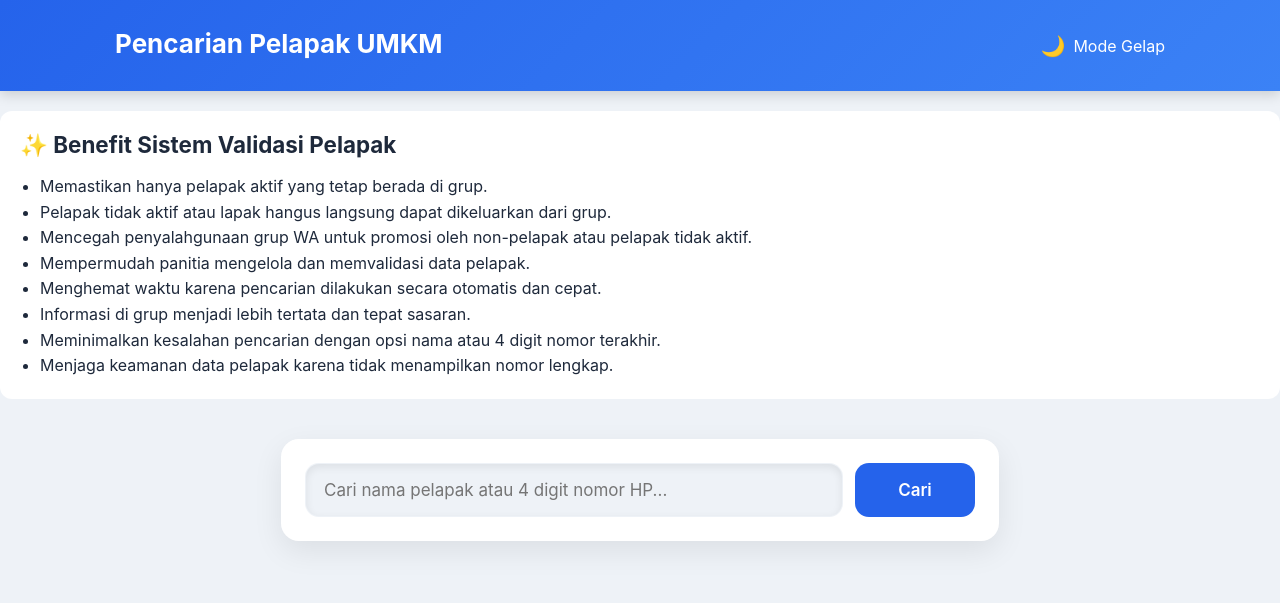
Repository: pasarrakyatbak/ceklapak
Page: index.html
An editor plug-in stored every save of this project. The page is shown before and after the next save, followed by the edit.
The browser window is 1280 px wide. The pictures show the whole page.

Above is the page before, as saved 2025-11-19 06:43:27.

### index.html
<!DOCTYPE html>
<html lang="id">

<head>
    <meta charset="UTF-8" />
    <meta name="viewport" content="width=device-width, initial-scale=1.0" />
    <title>Pencarian Pelapak UMKM</title>
    <link rel="stylesheet" href="style.css" />
</head>

<body>
    <header>
        <div class="header-inner">
            <div class="header-text">
                <h1>Pencarian Pelapak UMKM</h1>
                <p class="desc">

                </p>
            </div>

            <div class="controls">
                <label class="theme-toggle" aria-label="Toggle dark mode">
                    <input id="themeToggle" type="checkbox" />
                    <span class="toggle-icon">🌙</span>
                    <span class="toggle-text">Mode Gelap</span>
                </label>
            </div>
        </div>
    </header>
    <section class="benefit-section">
        <h2>✨ Benefit Sistem Validasi Pelapak</h2>
        <ul class="benefit-list">
            <li>Memastikan hanya pelapak aktif yang tetap berada di grup.</li>
            <li>Pelapak tidak aktif atau lapak hangus langsung dapat dikeluarkan dari grup.</li>
            <li>Mencegah penyalahgunaan grup WA untuk promosi oleh non-pelapak atau pelapak tidak aktif.</li>
            <li>Mempermudah panitia mengelola dan memvalidasi data pelapak.</li>
            <li>Menghemat waktu karena pencarian dilakukan secara otomatis dan cepat.</li>
            <li>Informasi di grup menjadi lebih tertata dan tepat sasaran.</li>
            <li>Meminimalkan kesalahan pencarian dengan opsi nama atau 4 digit nomor terakhir.</li>
            <li>Menjaga keamanan data pelapak karena tidak menampilkan nomor lengkap.</li>
        </ul>
    </section>

    <main>
        <section class="search-card">
            <div class="search-box">
                <input type="text" id="queryInput" placeholder="Cari nama pelapak atau 4 digit nomor HP..."
                    autocomplete="off" aria-label="Kolom pencarian pelapak" />
                <button id="searchBtn" aria-label="Tombol cari pelapak">Cari</button>
            </div>
        </section>

        <!-- RESULT BOX -->
        <section>
            <div id="resultBox" class="result-box hidden" role="region" aria-live="polite"></div>
        </section>

        <!-- LOADING SPINNER -->
        <div id="loader" class="loader hidden" aria-hidden="true"></div>

        <!-- SKELETON LOADING -->
        <div id="skeletonBox" class="skeleton-box hidden" aria-hidden="true">
            <div class="skeleton-item"></div>
            <div class="skeleton-item"></div>
            <div class="skeleton-item"></div>
        </div>
    </main>

    <script src="app.js"></script>
</body>

</html>

### style.css
/* === Color variables === */
:root {
    --bg: #eef2f7;
    --card: #ffffff;
    --text: #1e293b;
    --muted: #64748b;
    --primary: #2563eb;
    --primary-light: #3b82f6;
    --shadow: rgba(0, 0, 0, 0.08);

    --font-lg: 17px;
    --font-base: 16px;
    --font-sm: 14px;
}

body.dark {
    --bg: #0d1117;
    --card: #161b22;
    --text: #e5e7eb;
    --muted: #9ca3af;
    --primary: #3b82f6;
    --primary-light: #60a5fa;
    --shadow: rgba(0, 0, 0, 0.45);
}

/* === Base === */
* {
    margin: 0;
    padding: 0;
    box-sizing: border-box;
    font-family: "Inter", system-ui, sans-serif;
}

body {
    background: var(--bg);
    color: var(--text);
    transition: 0.3s ease;
    padding-bottom: 40px;
}

/* === Header === */
header {
    background: linear-gradient(135deg, var(--primary), var(--primary-light));
    padding: 28px 20px;
    color: white;
    box-shadow: 0 4px 12px rgba(0, 0, 0, 0.15);
}

.header-inner {
    max-width: 1050px;
    margin: auto;
    display: flex;
    justify-content: space-between;
    align-items: center;
}

header h1 {
    font-size: 26px;
    font-weight: 700;
}

.desc {
    font-size: 15px;
    opacity: 0.95;
    margin-top: 4px;
}

/* === Dark mode toggle === */
.theme-toggle {
    display: flex;
    align-items: center;
    gap: 8px;
    cursor: pointer;
    user-select: none;
}

.theme-toggle input {
    display: none;
}

.toggle-icon {
    font-size: 20px;
}

.toggle-text {
    font-size: 16px;
}

/* === Search Card === */
main {
    max-width: 750px;
    margin: 40px auto;
    padding: 0 16px;
}

.search-card {
    background: var(--card);
    padding: 24px;
    border-radius: 18px;
    box-shadow: 0 10px 30px var(--shadow);
    backdrop-filter: blur(4px);
}

/* search box */
.search-box {
    display: flex;
    gap: 12px;
}

.search-box input {
    flex: 1;
    padding: 16px 18px;
    border-radius: 14px;
    border: 1px solid transparent;
    background: var(--bg);
    color: var(--text);
    font-size: 17px;
    box-shadow: inset 0 3px 8px var(--shadow);
    transition: 0.2s;
}

.search-box input:focus {
    border-color: var(--primary);
    outline: none;
}

.search-box button {
    padding: 16px 20px;
    background: var(--primary);
    color: white;
    font-size: 17px;
    font-weight: 600;
    border: none;
    border-radius: 14px;
    cursor: pointer;
    transition: 0.2s;
    min-width: 120px;
}

.search-box button:hover {
    background: var(--primary-light);
    transform: translateY(-2px);
}

/* === Result Box === */
.result-box {
    margin-top: 28px;
}

/* result card improved */
.result-item {
    background: var(--card);
    padding: 22px;
    margin-bottom: 16px;
    border-radius: 16px;
    box-shadow: 0 6px 18px var(--shadow);
    border-left: 6px solid var(--primary);
    transition: 0.2s ease;
}

.result-item:hover {
    transform: translateY(-3px);
}

.result-item strong {
    color: var(--primary);
    font-size: 18px;
}

.result-item div {
    font-size: 17px;
    margin-bottom: 6px;
}

.small {
    margin-top: 6px;
    font-size: 15px;
    color: var(--muted);
}

.benefit-section {
    margin: 20px 0;
    padding: 20px;
    background: var(--card);
    border-radius: 12px;
    box-shadow: var(--shadow);
}

.benefit-section h2 {
    margin-bottom: 15px;
    font-size: 1.4rem;
}

.benefit-list {
    list-style: disc;
    margin-left: 20px;
    line-height: 1.6;
}

/* === BADGE STYLING === */
.badge {
    display: inline-block;
    padding: 6px 12px;
    border-radius: 10px;
    font-size: 15px;
    font-weight: 600;
    margin-left: 6px;
    color: white;
}

/* Light Mode Colors */
body:not(.dark) .badge-name {
    background: #1e40af;
    /* blue-800 */
}

body:not(.dark) .badge-wa {
    background: #166534;
    /* green-800 */
}

body:not(.dark) .badge-lapak {
    background: #334155;
    /* slate-700 */
}

/* Dark Mode Colors – dibuat sedikit lebih terang agar tetap terlihat */
body.dark .badge-name {
    background: #3b82f6;
    /* blue-500 */
}

body.dark .badge-wa {
    background: #22c55e;
    /* green-500 */
}

body.dark .badge-lapak {
    background: #64748b;
    /* slate-500 */
}

/* === Skeleton Loader === */
.skeleton-box {
    margin-top: 25px;
}

.skeleton-item {
    height: 90px;
    background: linear-gradient(90deg,
            var(--card) 0%,
            var(--bg) 50%,
            var(--card) 100%);
    background-size: 200% 100%;
    border-radius: 16px;
    margin-bottom: 16px;
    animation: shimmer 1.4s infinite;
}

@keyframes shimmer {
    0% {
        background-position: -200% 0;
    }

    100% {
        background-position: 200% 0;
    }
}

/* === Loader === */
.loader {
    width: 42px;
    height: 42px;
    border: 4px solid transparent;
    border-top-color: var(--primary);
    border-right-color: var(--primary-light);
    border-radius: 50%;
    animation: spin 0.75s linear infinite;
    margin: 28px auto;
}

@keyframes spin {
    to {
        transform: rotate(360deg);
    }
}

.hidden {
    display: none !important;
    opacity: 0 !important;
}


/* === Responsive (tablet + mobile) === */
@media (max-width: 768px) {
    header h1 {
        font-size: 22px;
    }

    .search-card {
        padding: 20px;
    }

    .result-item {
        padding: 20px;
    }

    .result-item strong {
        font-size: 17px;
    }
}

@media (max-width: 480px) {

    .header-inner {
        flex-direction: column;
        align-items: flex-start;
        gap: 12px;
    }

    .search-box {
        flex-direction: column;
    }

    .search-box input,
    .search-box button {
        width: 100%;
        font-size: 16px;
    }

    .result-item div {
        font-size: 16px;
    }

    .result-item strong {
        font-size: 17px;
    }
}

### app.js
// === CONFIG ===
const API_URL = "https://script.google.com/macros/s/AKfycby4z2qZ24SrJkcyGpybH29lSUC_3_z1LG-7wSmTzpaOEXrwjXf0Cl3hqkg95qAxPj1-/exec";

// DOM
const searchBtn = document.getElementById("searchBtn");
const queryInput = document.getElementById("queryInput");
const resultBox = document.getElementById("resultBox");
const themeToggle = document.getElementById("themeToggle");
const toggleText = document.querySelector(".toggle-text");
const toggleIcon = document.querySelector(".toggle-icon");
const skeletonBox = document.getElementById("skeletonBox");
const loader = document.getElementById("loader");

// Load saved theme
if (localStorage.getItem("theme") === "dark") {
    document.body.classList.add("dark");
    themeToggle.checked = true;
    toggleText.textContent = "Mode Terang";
    toggleIcon.textContent = "☀️";
}

themeToggle.addEventListener("change", () => {
    if (themeToggle.checked) {
        document.body.classList.add("dark");
        toggleText.textContent = "Mode Terang";
        toggleIcon.textContent = "☀️";
        localStorage.setItem("theme", "dark");
    } else {
        document.body.classList.remove("dark");
        toggleText.textContent = "Mode Gelap";
        toggleIcon.textContent = "🌙";
        localStorage.setItem("theme", "light");
    }
});
// Search
searchBtn.addEventListener("click", searchData);
queryInput.addEventListener("keypress", e => e.key === "Enter" && searchData());

// Clean
function cleanNumber(input) {
    return input.replace(/\s|\.|-|\(|\)|\+/g, "");
}

function normalizePhone(phone) {
    if (!phone) return "";
    const digits = phone.replace(/[^0-9]/g, "");
    if (!digits) return "";
    if (digits.startsWith("0")) return digits;
    return "0" + digits;
}

// Main search
function searchData() {
    const raw = queryInput.value.trim();

    // Jika input kosong → matikan loader & skeleton
    if (!raw) {
        hideSkeleton();
        hideLoader();
        return renderError("Masukkan nama atau angka.");
    }

    showSkeleton();
    showLoader();

    const onlyDigits = cleanNumber(raw);
    const is4 = /^\d{4}$/.test(onlyDigits);
    const q = is4 ? onlyDigits : raw.toLowerCase();

    fetch(`${API_URL}?q=${encodeURIComponent(q)}`)
        .then(res => res.json())
        .then(data => {
            hideSkeleton();
            hideLoader();

            if (!data || data.status === "error")
                return renderError(data?.pesan || "Tidak ditemukan.");

            const normalized = (data.hasil || []).map(item => ({
                nama: item.nama,
                nomor_whatsapp: normalizePhone(item.nomor_whatsapp || ""),
                nomor_lapak: item.nomor_lapak || "Tidak ada",
                baris: item.baris
            }));

            renderResults(normalized);
        })
        .catch(() => {
            hideSkeleton();
            hideLoader();
            renderError("Server tidak merespon.");
        });
}


function renderResults(results) {
    resultBox.classList.remove("hidden");

    if (!results.length) {
        resultBox.innerHTML = `<p class="empty">Tidak ada hasil.</p>`;
        return;
    }

    let html = "";
    results.forEach(r => {
        html += `
<div class="result-item">
    <div><strong>Nama:</strong>
        <span class="badge badge-name">${escape(r.nama)}</span>
    </div>

    <div><strong>Nomor WhatsApp:</strong>
        <span class="badge badge-wa">${escape(r.nomor_whatsapp)}</span>
    </div>

    <div class="small"><strong>Nomor Lapak:</strong>
        <span class="badge badge-lapak">${escape(r.nomor_lapak)}</span>
    </div>
</div>`;
    });

    resultBox.innerHTML = html;
}

function renderError(msg) {
    resultBox.classList.remove("hidden");
    resultBox.innerHTML = `<p style="color:var(--primary);font-weight:600">${escape(msg)}</p>`;
}

function escape(s) {
    return String(s || "—")
        .replace(/&/g, "&amp;")
        .replace(/</g, "&lt;")
        .replace(/>/g, "&gt;");
}

function showSkeleton() {
    skeletonBox.classList.remove("hidden");
    resultBox.classList.add("hidden");
}

function hideSkeleton() {
    skeletonBox.classList.add("hidden");
}

function showLoader() {
    loader.classList.remove("hidden");
    resultBox.classList.add("hidden");
}

function hideLoader() {
    loader.classList.add("hidden");
}

After the next save:
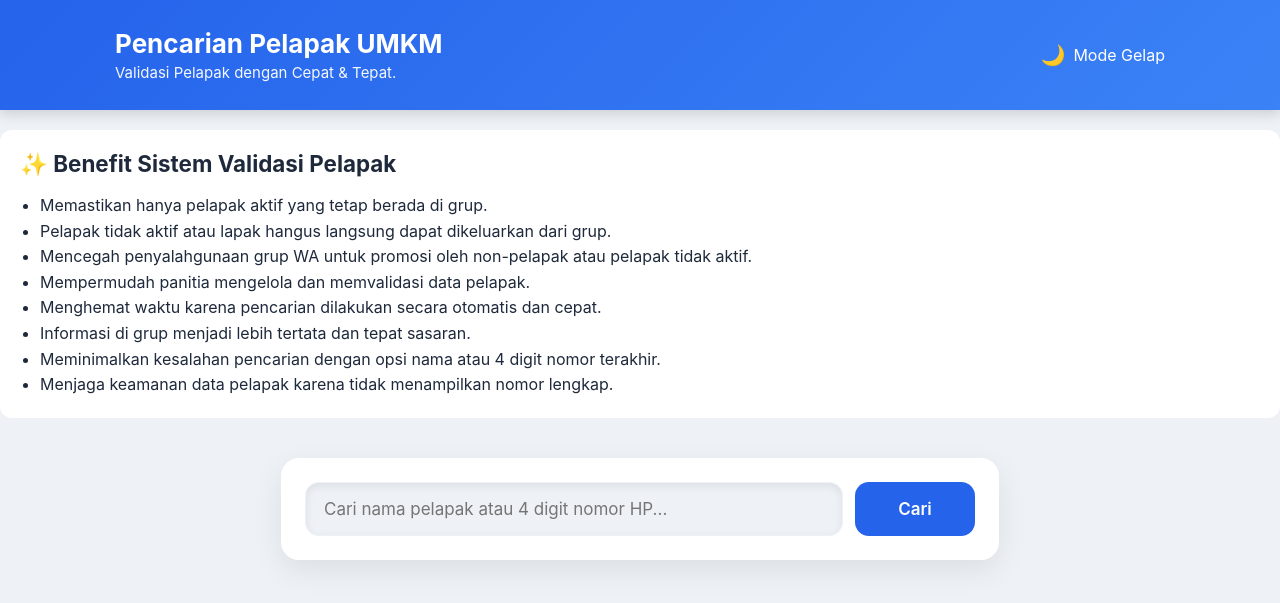
Saved 62 s later.
--- a/index.html
+++ b/index.html
@@ -14,7 +14,7 @@
             <div class="header-text">
                 <h1>Pencarian Pelapak UMKM</h1>
                 <p class="desc">
-
+                    Validasi Pelapak dengan Cepat & Tepat.
                 </p>
             </div>
 
